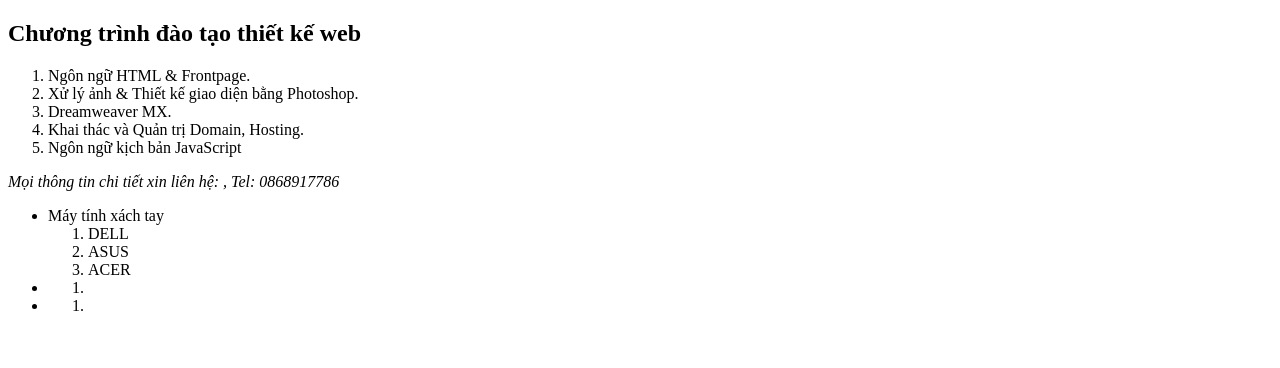
Repository: tuiladev/TKW
Page: ListTag/index.html
These files come from the project's save history. The page is drawn as it stood at one moment and after a run of saves; the edit follows.
The browser window is 1280 px wide. The pictures show the whole page.

Above is the page before, as saved 2022-03-15 22:49:01.

### ListTag/index.html
<!DOCTYPE html>
<html lang="en">
  <head>
    <meta charset="UTF-8" />
    <meta http-equiv="X-UA-Compatible" content="IE=edge" />
    <meta name="viewport" content="width=device-width, initial-scale=1.0" />
    <title>21115053120156 _ Đặng Văn Trung</title>
  </head>
  <body>
    <div class="wrapper">
      <main>
        <section class="program">
          <h2 class="program__title">Chương trình đào tạo thiết kế web</h2>
          <ol class="program__list">
            <li class="program__item">Ngôn ngữ HTML & Frontpage.</li>
            <li class="program__item">
              Xử lý ảnh & Thiết kế giao diện bằng Photoshop.
            </li>
            <li class="program__item">Dreamweaver MX.</li>
            <li class="program__item">
              Khai thác và Quản trị Domain, Hosting.
            </li>
            <li class="program__item">Ngôn ngữ kịch bản JavaScript</li>
          </ol>
          <em class="program__info">
            Mọi thông tin chi tiết xin liên hệ:
            <a class="program__link" href="webmaster@dotnet.vn"></a>, Tel:
            0868917786</em
          >
        </section>
        <section class="product">
          <ul class="product__category">
            <li class="product__name">
              Máy tính xách tay
              <ol class="product__list">
                <li class="product__item">DELL</li>
                <li class="product__item">ASUS</li>
                <li class="product__item">ACER</li>
              </ol>
            </li>
            <li class="product__name">
              <ol class="product__list">
                <li class="product__item"></li>
              </ol>
            </li>
            <li class="product__name">
              <ol class="product__list">
                <li class="product__item"></li>
              </ol>
            </li>
          </ul>
        </section>
      </main>
    </div>
  </body>
</html>

After the next 2 saves:
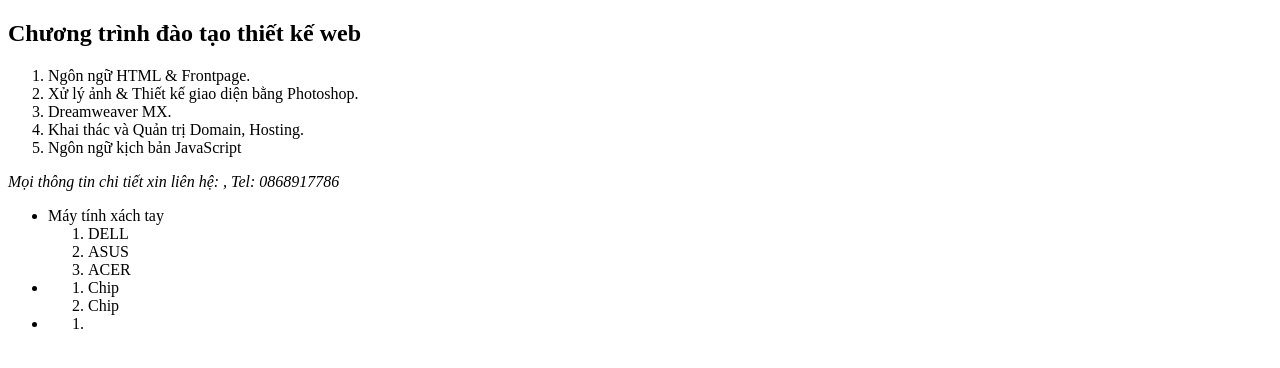
The 2 saves are shown as one change because they came seconds apart.
The last was saved 9 s later.
--- a/ListTag/index.html
+++ b/ListTag/index.html
@@ -40,7 +40,8 @@
             </li>
             <li class="product__name">
               <ol class="product__list">
-                <li class="product__item"></li>
+                <li class="product__item">Chip</li>
+                <li class="product__item">Chip</li>
               </ol>
             </li>
             <li class="product__name">
